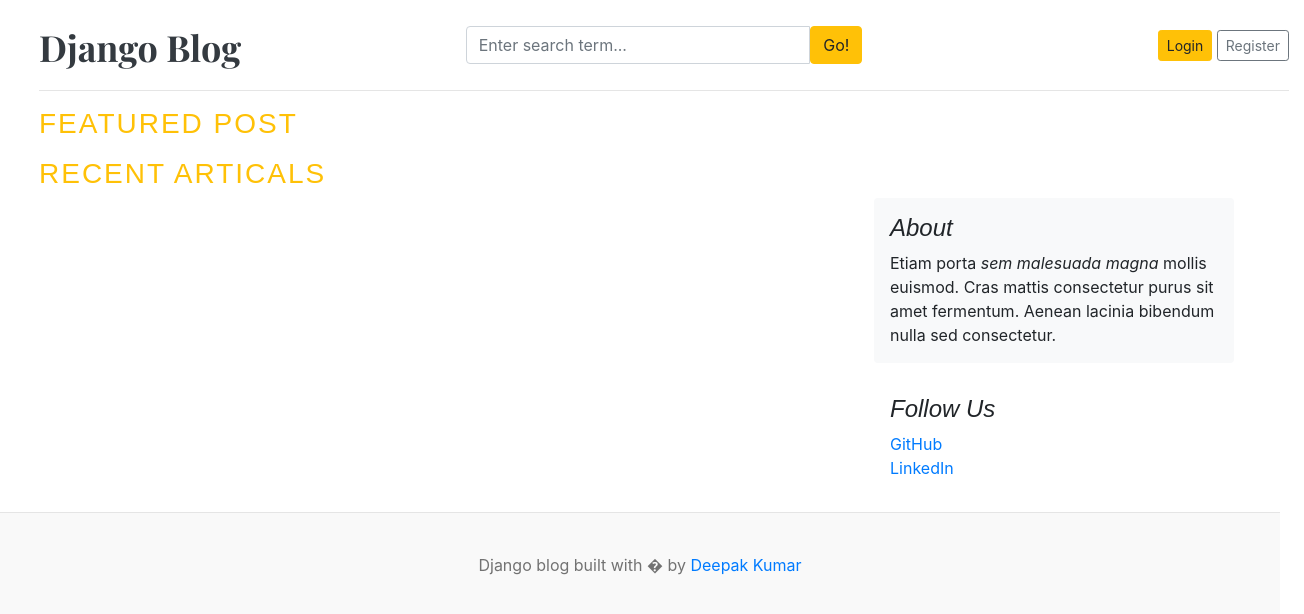
Repository: vijayholve/Blog-Website-Django
Page: templates/home.html
The author's editor kept a copy of each file at every save. The page is drawn from the files as they stood at one save, then again after a run of saves.
The browser window is 1280 px wide. The page is 1304 px wide, so the pictures cover 1304 px, including what lies to the right of the window. The pictures show the whole page.
The template is drawn by Django 5.2. The application's start-up code is not run. Other server files are loaded and not shown. The template is opened directly, without the code that normally fills it, so the values that code supplies are empty.

Above is the page before, as saved 2025-01-29 15:52:35.

### templates/home.html

{% extends 'base/base.html' %}

{% block content %}

{% for post in featured_post %}
 {% if forloop.first %}
<div class="jumbotron p-3 p-md-5 text-white rounded bg-dark" style="background-image: url({{ post.blog_image.url }});background-blend-mode: overlay;background-size:cover;">
    <div class="col-md-8 px-0">
      <h1 class="display-4 font-italic"><a href="{% url 'blogs' post.slug %}">{{ post.title }}</a></h1>
      <p class="lead my-3">{{ post.short_description | truncatewords:20 }}</p>
      <p class="lead mb-0"><a href="#" class="text-white font-weight-bold">Continue reading...</a></p>
    </div>
</div>
  {% endif %}
{% endfor %}


<!-- Featured POST -->
<h3 class="text-uppercase text-warning" style="letter-spacing: 2px;">Featured POST</h3>
  <div class="row mb-2">
    {% for post in featured_post %}
      {% if not forloop.first %}
    <div class="col-md-6">
      <div class="card border-0" >
        <div class="card-body">
          <h3><a href="{% url 'blogs' post.slug %}">{{ post.title }}</a></h3>
          <small class="mb-1 text-muted">{{ post.created_at | timesince }} ago | {{ post.author }}</small>
          <p class="card-text">{{ post.short_description | truncatewords:20 }}</p>
        </div>
      </div>
    </div>
     {% endif %}
    {% endfor %}
  </div>


  <!-- Recent artical -->
  <h3 class="text-uppercase text-warning" style="letter-spacing: 2px;">Recent Articals</h3>
  <main role="main" class="container p-0">
    <div class="row">
      <div class="col-md-8 blog-main">
        {% for post in posts %}
        <div class="card border-0" >
          <div class="card-body">
            <h3><a href="{% url 'blogs' post.slug %}">{{ post.title }}</a></h3>
            <small class="mb-1 text-muted">{{ post.created_at | timesince }} ago | {{ post.author }}</small>
            <p class="card-text">{{ post.short_description | truncatewords:20 }}</p>
          </div>
        </div>
        {% endfor %}
      </div>
      <!-- /.blog-main -->

      <aside class="col-md-4 blog-sidebar">
        <div class="p-3 mb-3 bg-light rounded">
          <h4 class="font-italic">About</h4>
          <p class="mb-0">Etiam porta <em>sem malesuada magna</em> mollis euismod. Cras mattis consectetur purus sit amet fermentum. Aenean lacinia bibendum nulla sed consectetur.</p>
        </div>

        <div class="p-3">
          <h4 class="font-italic">Follow Us</h4>
          <ol class="list-unstyled">
            <li><a href="#">GitHub</a></li>
            <li><a href="#">LinkedIn</a></li>
          </ol>
        </div>
      </aside><!-- /.blog-sidebar -->

    </div><!-- /.row -->

  </main><!-- /.container -->

</div>
{% endblock %}

### templates/base/base.html
<!-- Header part -->
{% include './header.html' %}

<!-- Main content part -->
{% block content %}
<div class="container-fluid">

</div>
{% endblock %}

<!-- Footer -->
{% include './footer.html' %}

### templates/base/header.html
{% load static %}
<!DOCTYPE html>
<html lang="en">
<head>
    <meta charset="UTF-8">
    <meta http-equiv="X-UA-Compatible" content="IE=edge">
    <meta name="viewport" content="width=device-width, initial-scale=1.0">
    <title>SM Joshi Blogs</title>
    <link href="https://getbootstrap.com/docs/4.0/dist/css/bootstrap.min.css" rel="stylesheet">
    <link href="https://fonts.googleapis.com/css?family=Playfair+Display:700,900" rel="stylesheet">
    <link href="{% static 'css/blog.css' %}" rel="stylesheet">
    <link href="{% static 'css/Navbar.css' %}" rel="stylesheet">
    <link rel="stylesheet" href="https://cdn.jsdelivr.net/npm/bootstrap@4.4.1/dist/css/bootstrap.min.css" integrity="sha384-Vkoo8x4CGsO3+Hhxv8T/Q5PaXtkKtu6ug5TOeNV6gBiFeWPGFN9MuhOf23Q9Ifjh" crossorigin="anonymous">
    <link rel="stylesheet" href="https://cdnjs.cloudflare.com/ajax/libs/font-awesome/4.7.0/css/font-awesome.min.css">
  </head>
<body>
    <div class="container-fluid ml-4">
      <header class="blog-header py-3">
        <div class="row flex-nowrap justify-content-between align-items-center">
          <div class="col-4 pt-1">
            <a class="blog-header-logo text-dark" href="/">Django Blog</a>
          </div>
          <div class="col-4">
            <form action="{% url 'search' %}" method="GET">
              <div class="input-group">
                <input class="form-control" name="keyword" type="text" placeholder="Enter search term..." aria-label="Enter search term..." aria-describedby="button-search" />
                <button type="submit" class="btn btn-warning" id="button-search" type="button">Go!</button>
            </div>
            </form>
          </div>

          <div class="col-4 d-flex justify-content-end align-items-center">
            {% if not user.is_authenticated %}
            <a class="btn btn-sm btn-warning" href="{% url 'login' %}">Login</a> &nbsp;
            <a class="btn btn-sm btn-outline-secondary" href="{% url 'register' %}">Register</a>
            {% else %}
            <span><a href="{% url 'dashboard' %}" class="btn btn-warning">Dashboard</a></span> &nbsp;
            <span><a href="{% url 'logout' %}">Logout</a></span>
            {% endif %}
          </div>
        </div>
      </header>

      <div class="nav-scroller py-1 mb-2">
        <nav class="nav d-flex justify-content-between">
          {% for cat in categories %}
          <a class="p-2 text-muted" href="{% url 'posts_by_category' cat.id  %}">{{ cat.category_name }}</a>
          {% endfor %}
        </nav>
      </div>

### templates/base/footer.html
<footer class="blog-footer">
    <p>Django blog built with � by <a href="#">Deepak Kumar</a></p>
  </footer>
  </body>
  </html>

### static/css/blog.css
/* stylelint-disable selector-list-comma-newline-after */

.blog-header {
  border-bottom: 1px solid #e5e5e5;
}

.blog-header-logo {
  font-family: "Playfair Display", Georgia, "Times New Roman", serif/*rtl:Amiri, Georgia, "Times New Roman", serif*/;
  font-size: 2.25rem;
}

.blog-header-logo:hover {
  text-decoration: none;
}

h1, h2, h3, h4, h5, h6 {
  font-family: "Playfair Display", Georgia, "Times New Roman", serif/*rtl:Amiri, Georgia, "Times New Roman", serif*/;
}

.display-4 {
  font-size: 2.5rem;
}
@media (min-width: 768px) {
  .display-4 {
    font-size: 3rem;
  }
}

.flex-auto {
  flex: 0 0 auto;
}

.h-250 { height: 250px; }
@media (min-width: 768px) {
  .h-md-250 { height: 250px; }
}

/* Pagination */
.blog-pagination {
  margin-bottom: 4rem;
}

/*
 * Blog posts
 */
.blog-post {
  margin-bottom: 4rem;
}
.blog-post-title {
  font-size: 2.5rem;
}
.blog-post-meta {
  margin-bottom: 1.25rem;
  color: #727272;
}

/*
 * Footer
 */
.blog-footer {
  padding: 2.5rem 0;
  color: #727272;
  text-align: center;
  background-color: #f9f9f9;
  border-top: .05rem solid #e5e5e5;
}
.blog-footer p:last-child {
  margin-bottom: 0;
}

### static/css/Navbar.css
:root {
    --font-family-sans-serif: "Open Sans", -apple-system, BlinkMacSystemFont,
    "Segoe UI", Roboto, "Helvetica Neue", Arial, sans-serif, "Apple Color Emoji",
    "Segoe UI Emoji", "Segoe UI Symbol", "Noto Color Emoji";
}

*, *::before, *::after {
    -webkit-box-sizing: border-box;
    box-sizing: border-box;
}

html {
    font-family: sans-serif;
    line-height: 1.15;
    -webkit-text-size-adjust: 100%;
    -webkit-tap-highlight-color: rgba(0, 0, 0, 0);
}

nav {
    display: block;
}

body {
    margin: 0;
    font-family: "Open Sans", -apple-system, BlinkMacSystemFont, "Segoe UI",
    Roboto, "Helvetica Neue", Arial, sans-serif, "Apple Color Emoji",
    "Segoe UI Emoji", "Segoe UI Symbol", "Noto Color Emoji";
    font-size: 1rem;
    font-weight: 400;
    line-height: 1.5;
    color: #515151;
    text-align: left;
    background-color: #e9edf4;
}

h1, h2, h3, h4, h5, h6 {
    margin-top: 0;
    margin-bottom: 0.5rem;
}

p {
    margin-top: 0;
    margin-bottom: 1rem;
}

a {
    color: #3f84fc;
    text-decoration: none;
    background-color: transparent;
}

a:hover {
    color: #0458eb;
    text-decoration: underline;
}

h1, h2, h3, h4, h5, h6, .h1, .h2, .h3, .h4, .h5, .h6 {
    font-family: "Nunito", sans-serif;
    margin-bottom: 0.5rem;
    font-weight: 500;
    line-height: 1.2;
}

h1, .h1 {
    font-size: 2.5rem;
    font-weight: normal;
}

.card {
    position: relative;
    display: -webkit-box;
    display: -webkit-flex;
    display: -ms-flexbox;
    display: flex;
    -webkit-box-orient: vertical;
    -webkit-box-direction: normal;
    -webkit-flex-direction: column;
    -ms-flex-direction: column;
    flex-direction: column;
    min-width: 0;
    word-wrap: break-word;
    background-color: #fff;
    background-clip: border-box;
    border: 1px solid rgba(0, 0, 0, 0.125);
    border-radius: 0;
}

.card-body {
    -webkit-box-flex: 1;
    -webkit-flex: 1 1 auto;
    -ms-flex: 1 1 auto;
    flex: 1 1 auto;
    padding: 1.25rem;
}

.card-header {
    padding: 0.75rem 1.25rem;
    margin-bottom: 0;
    background-color: rgba(0, 0, 0, 0.03);
    border-bottom: 1px solid rgba(0, 0, 0, 0.125);
    text-align: center;
}

.dashboard {
    display: -webkit-box;
    display: -webkit-flex;
    display: -ms-flexbox;
    display: flex;
    min-height: 100vh;
}

.dashboard-app {
    display: -webkit-box;
    display: -webkit-flex;
    display: -ms-flexbox;
    display: flex;
    -webkit-box-orient: vertical;
    -webkit-box-direction: normal;
    -webkit-flex-direction: column;
    -ms-flex-direction: column;
    flex-direction: column;
    -webkit-box-flex: 2;
    -webkit-flex-grow: 2;
    -ms-flex-positive: 2;
    flex-grow: 2;
    margin-top: 84px;
}

.dashboard-content {
    -webkit-box-flex: 2;
    -webkit-flex-grow: 2;
    -ms-flex-positive: 2;
    flex-grow: 2;
    padding: 25px;
}

.dashboard-nav {
    min-width: 238px;
    position: fixed;
    left: 0;
    top: 0;
    bottom: 0;
    overflow: auto;
    background-color: #373193;
}

.dashboard-compact .dashboard-nav {
    display: none;
}

.dashboard-nav header {
    min-height: 84px;
    padding: 8px 27px;
    display: -webkit-box;
    display: -webkit-flex;
    display: -ms-flexbox;
    display: flex;
    -webkit-box-pack: center;
    -webkit-justify-content: center;
    -ms-flex-pack: center;
    justify-content: center;
    -webkit-box-align: center;
    -webkit-align-items: center;
    -ms-flex-align: center;
    align-items: center;
}

.dashboard-nav header .menu-toggle {
    display: none;
    margin-right: auto;
}

.dashboard-nav a {
    color: #515151;
}

.dashboard-nav a:hover {
    text-decoration: none;
}

.dashboard-nav {
    background-color: #443ea2;
}

.dashboard-nav a {
    color: #fff;
}

.brand-logo {
    font-family: "Nunito", sans-serif;
    font-weight: bold;
    font-size: 20px;
    display: -webkit-box;
    display: -webkit-flex;
    display: -ms-flexbox;
    display: flex;
    color: #515151;
    -webkit-box-align: center;
    -webkit-align-items: center;
    -ms-flex-align: center;
    align-items: center;
}

.brand-logo:focus, .brand-logo:active, .brand-logo:hover {
    color: #dbdbdb;
    text-decoration: none;
}

.brand-logo i {
    color: #d2d1d1;
    font-size: 27px;
    margin-right: 10px;
}

.dashboard-nav-list {
    display: -webkit-box;
    display: -webkit-flex;
    display: -ms-flexbox;
    display: flex;
    -webkit-box-orient: vertical;
    -webkit-box-direction: normal;
    -webkit-flex-direction: column;
    -ms-flex-direction: column;
    flex-direction: column;
}

.dashboard-nav-item {
    min-height: 56px;
    padding: 8px 20px 8px 70px;
    display: -webkit-box;
    display: -webkit-flex;
    display: -ms-flexbox;
    display: flex;
    -webkit-box-align: center;
    -webkit-align-items: center;
    -ms-flex-align: center;
    align-items: center;
    letter-spacing: 0.02em;
    transition: ease-out 0.5s;
}

.dashboard-nav-item i {
    width: 36px;
    font-size: 19px;
    margin-left: -40px;
}

.dashboard-nav-item:hover {
    background: rgba(255, 255, 255, 0.04);
}

.active {
    background: rgba(0, 0, 0, 0.1);
}

.dashboard-nav-dropdown {
    display: -webkit-box;
    display: -webkit-flex;
    display: -ms-flexbox;
    display: flex;
    -webkit-box-orient: vertical;
    -webkit-box-direction: normal;
    -webkit-flex-direction: column;
    -ms-flex-direction: column;
    flex-direction: column;
}

.dashboard-nav-dropdown.show {
    background: rgba(255, 255, 255, 0.04);
}

.dashboard-nav-dropdown.show > .dashboard-nav-dropdown-toggle {
    font-weight: bold;
}

.dashboard-nav-dropdown.show > .dashboard-nav-dropdown-toggle:after {
    -webkit-transform: none;
    -o-transform: none;
    transform: none;
}

.dashboard-nav-dropdown.show > .dashboard-nav-dropdown-menu {
    display: -webkit-box;
    display: -webkit-flex;
    display: -ms-flexbox;
    display: flex;
}

.dashboard-nav-dropdown-toggle:after {
    content: "";
    margin-left: auto;
    display: inline-block;
    width: 0;
    height: 0;
    border-left: 5px solid transparent;
    border-right: 5px solid transparent;
    border-top: 5px solid rgba(81, 81, 81, 0.8);
    -webkit-transform: rotate(90deg);
    -o-transform: rotate(90deg);
    transform: rotate(90deg);
}

.dashboard-nav .dashboard-nav-dropdown-toggle:after {
    border-top-color: rgba(255, 255, 255, 0.72);
}

.dashboard-nav-dropdown-menu {
    display: none;
    -webkit-box-orient: vertical;
    -webkit-box-direction: normal;
    -webkit-flex-direction: column;
    -ms-flex-direction: column;
    flex-direction: column;
}

.dashboard-nav-dropdown-item {
    min-height: 40px;
    padding: 8px 20px 8px 70px;
    display: -webkit-box;
    display: -webkit-flex;
    display: -ms-flexbox;
    display: flex;
    -webkit-box-align: center;
    -webkit-align-items: center;
    -ms-flex-align: center;
    align-items: center;
    transition: ease-out 0.5s;
}

.dashboard-nav-dropdown-item:hover {
    background: rgba(255, 255, 255, 0.04);
}

.menu-toggle {
    position: relative;
    width: 42px;
    height: 42px;
    display: -webkit-box;
    display: -webkit-flex;
    display: -ms-flexbox;
    display: flex;
    -webkit-box-align: center;
    -webkit-align-items: center;
    -ms-flex-align: center;
    align-items: center;
    -webkit-box-pack: center;
    -webkit-justify-content: center;
    -ms-flex-pack: center;
    justify-content: center;
    color: #443ea2;
}

.menu-toggle:hover, .menu-toggle:active, .menu-toggle:focus {
    text-decoration: none;
    color: #875de5;
}

.menu-toggle i {
    font-size: 20px;
}

.dashboard-toolbar {
    min-height: 84px;
    background-color: #dfdfdf;
    display: -webkit-box;
    display: -webkit-flex;
    display: -ms-flexbox;
    display: flex;
    -webkit-box-align: center;
    -webkit-align-items: center;
    -ms-flex-align: center;
    align-items: center;
    padding: 8px 27px;
    position: fixed;
    top: 0;
    right: 0;
    left: 0;
    z-index: 1000;
}

.nav-item-divider {
    height: 1px;
    margin: 1rem 0;
    overflow: hidden;
    background-color: rgba(236, 238, 239, 0.3);
}

@media (min-width: 992px) {
    .dashboard-app {
        margin-left: 238px;
    }

    .dashboard-compact .dashboard-app {
        margin-left: 0;
    }
}


@media (max-width: 768px) {
    .dashboard-content {
        padding: 15px 0px;
    }
}

@media (max-width: 992px) {
    .dashboard-nav {
        display: none;
        position: fixed;
        top: 0;
        right: 0;
        left: 0;
        bottom: 0;
        z-index: 1070;
    }

    .dashboard-nav.mobile-show {
        display: block;
    }
}

@media (max-width: 992px) {
    .dashboard-nav header .menu-toggle {
        display: -webkit-box;
        display: -webkit-flex;
        display: -ms-flexbox;
        display: flex;
    }
}

@media (min-width: 992px) {
    .dashboard-toolbar {
        left: 238px;
    }

    .dashboard-compact .dashboard-toolbar {
        left: 0;
    }
}

After the next 2 saves:
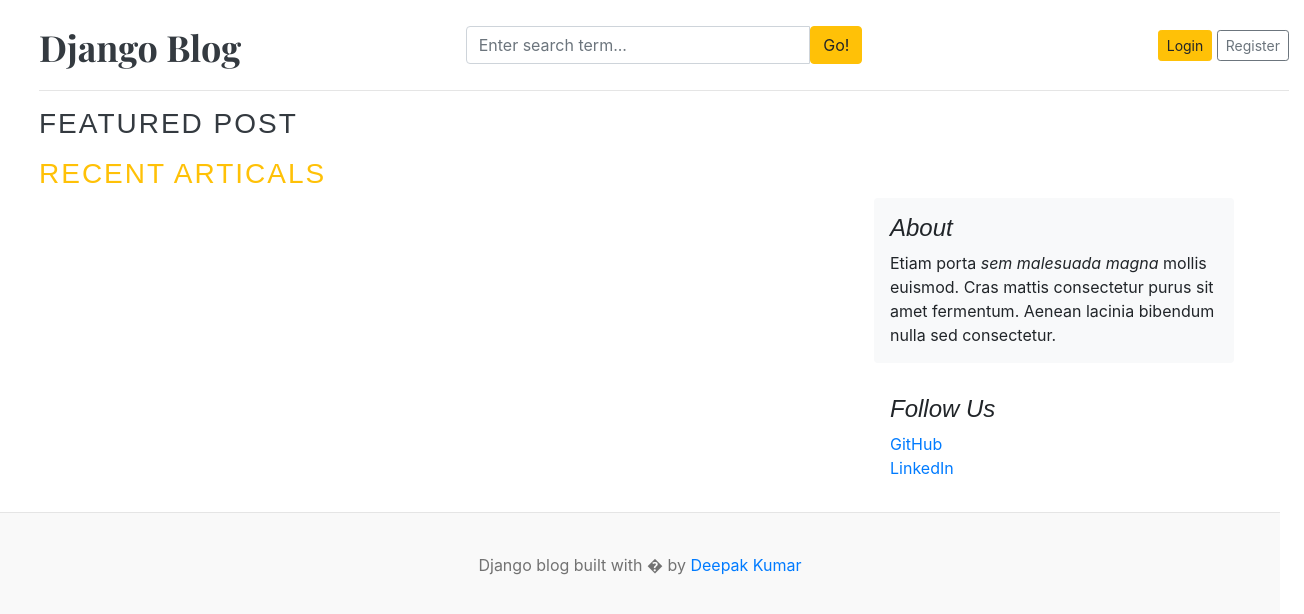
The 2 saves are shown as one change because they came seconds apart.
The last was saved 27 s later.
--- a/templates/home.html
+++ b/templates/home.html
@@ -17,7 +17,7 @@
 
 
 <!-- Featured POST -->
-<h3 class="text-uppercase text-warning" style="letter-spacing: 2px;">Featured POST</h3>
+<h3 class="text-uppercase text-dark " style="letter-spacing: 2px;">Featured POST</h3>
   <div class="row mb-2">
     {% for post in featured_post %}
       {% if not forloop.first %}
